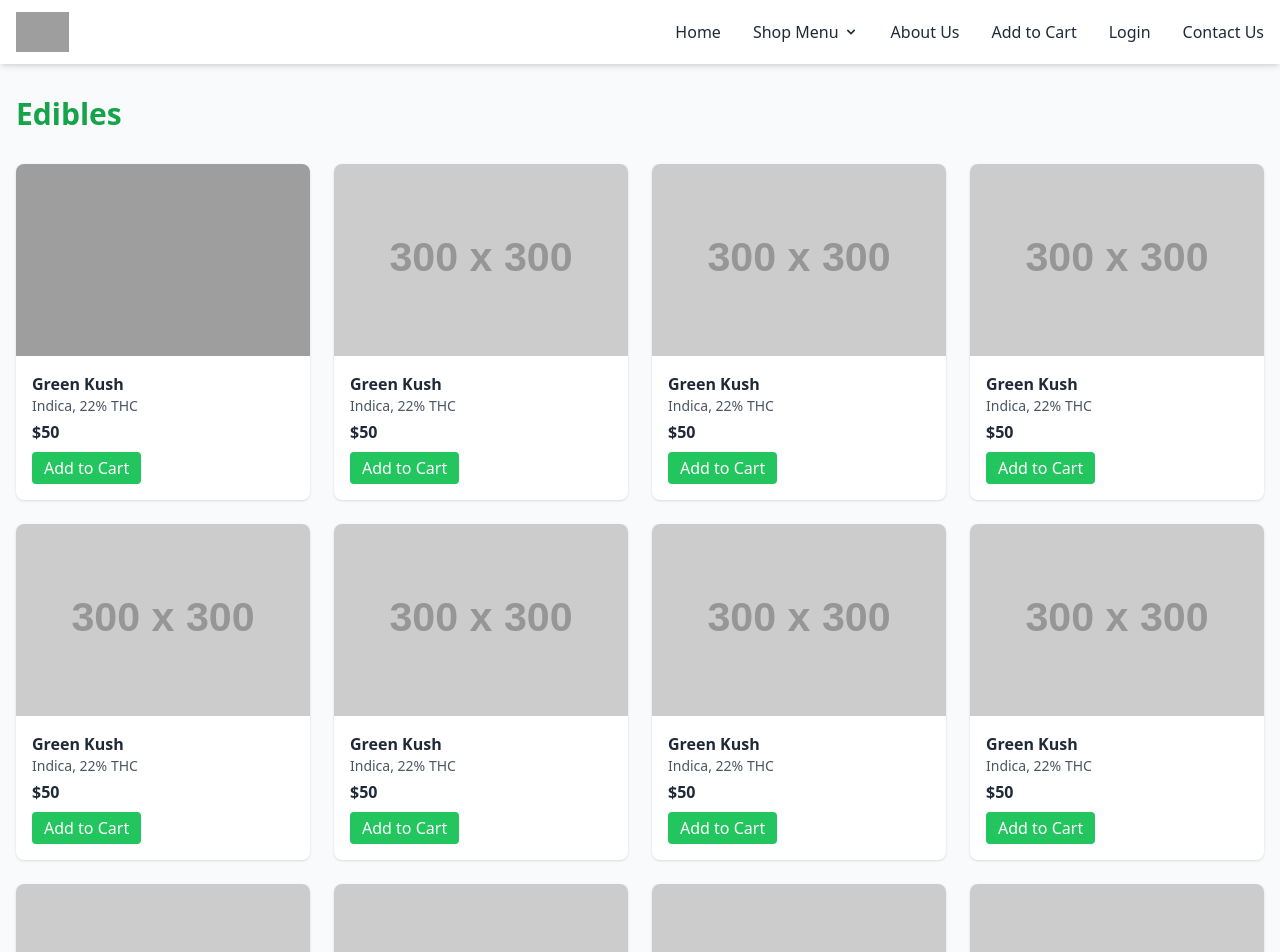
Repository: faryalsaleem50/greencare-cannabis
Page: edibles.html
These files come from the project's save history. The page is drawn as it stood at one moment and after the next save; the edit follows.
The browser window is 1280 px wide. The pictures show the part of the page from y = 0 to 952 px (the page is 2276 px tall).
Pictures or frames that could not be fetched are drawn as grey boxes. A picture or video elsewhere on the page could not be fetched, so the positions and the page height are approximate. Some web libraries are served in a nearby version.

Above is the page before, as saved 2026-02-11 14:29:24.

After the next save:
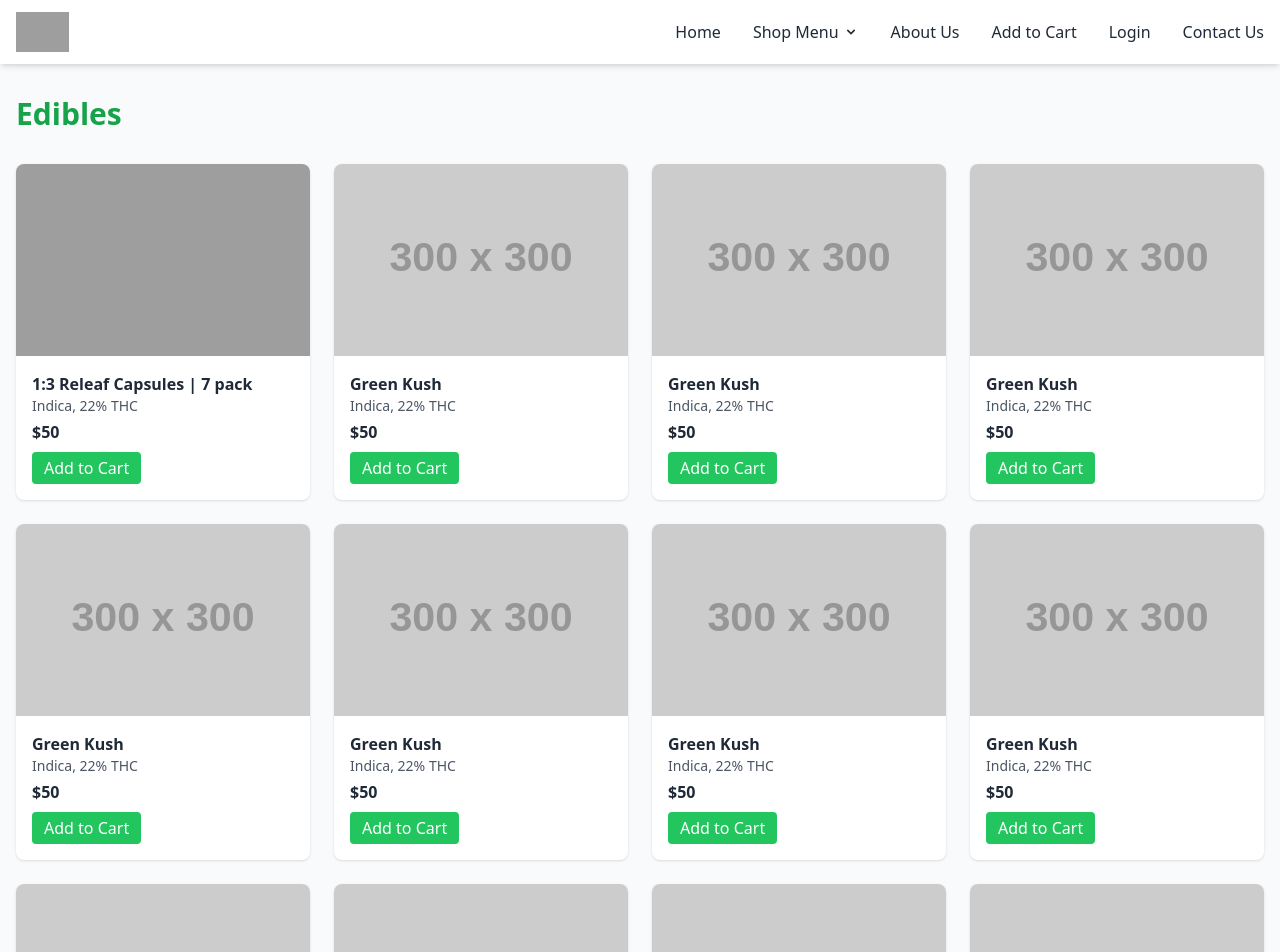
Saved 15 s later.
--- a/edibles.html
+++ b/edibles.html
@@ -109,7 +109,7 @@
       <div class="bg-white rounded-lg shadow overflow-hidden">
         <img src="https://www.greencarecannabisdispensary.com/wp-content/uploads/2022/08/13-Releaf-Capsules-7-pack.webp" alt="Product" class="w-full h-48 object-cover" />
         <div class="p-4">
-          <h3 class="font-semibold">Green Kush</h3>
+          <h3 class="font-semibold">1:3 Releaf Capsules | 7 pack</h3>
           <p class="text-sm text-gray-600">Indica, 22% THC</p>
           <p class="font-bold mt-1">$50</p>
           <button class="mt-2 bg-primary text-white px-3 py-1 rounded hover:bg-secondary transition add-to-cart">
